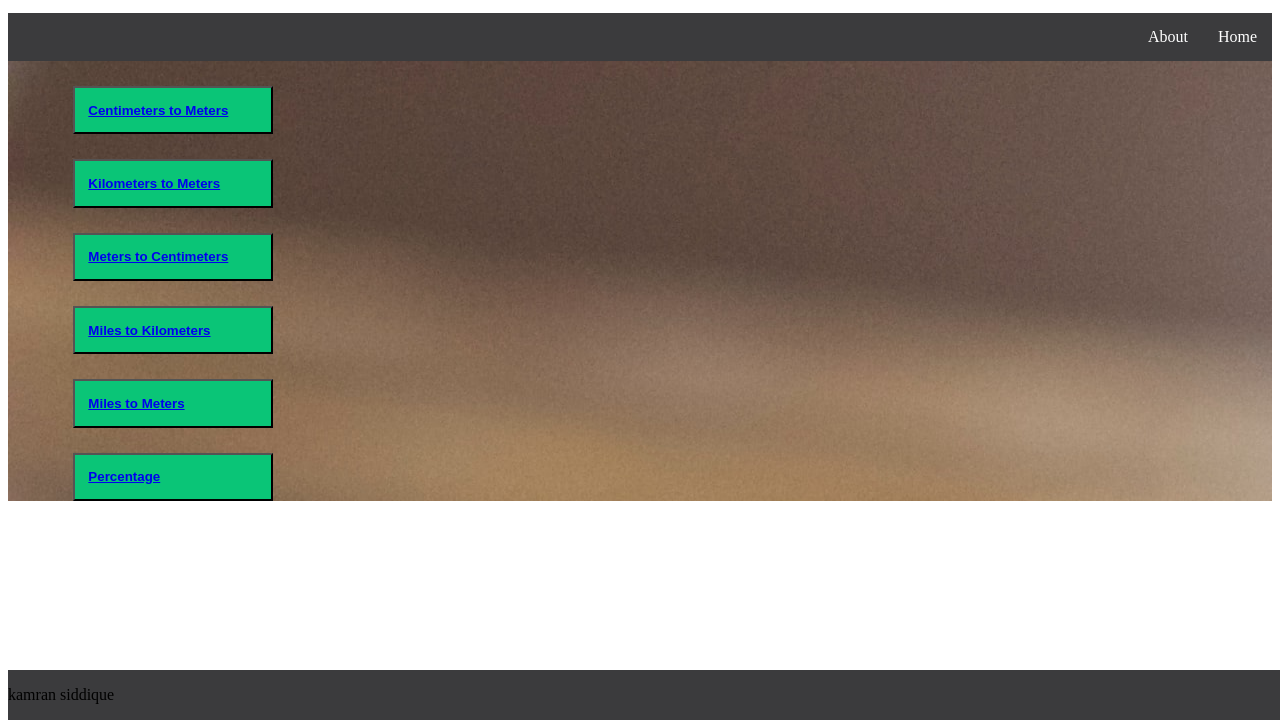
Repository: Kamrangujjar85112/Length-Converter
Page: html/home.html
These files come from the project's save history. The page is drawn as it stood at one moment and after the next save; the edit follows.
The browser window is 1280 px wide. The pictures show the whole page.

Above is the page before, as saved 2022-01-21 03:45:10.

After the next save:
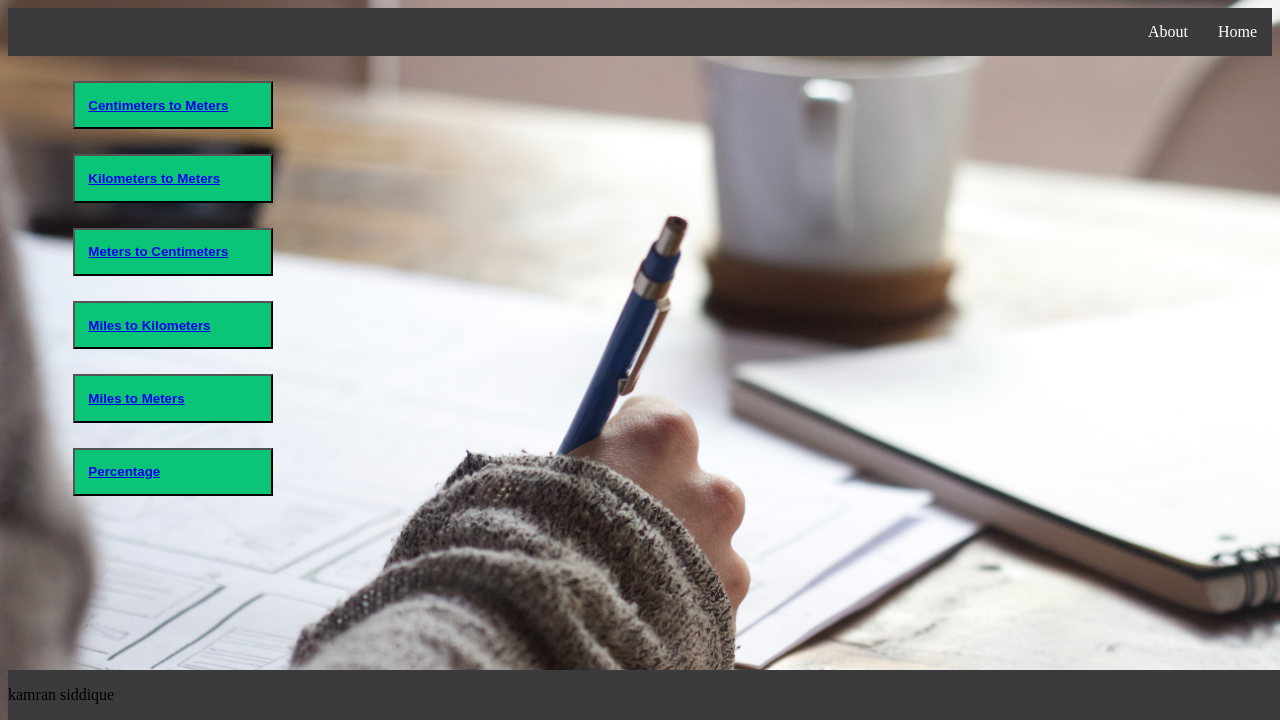
Saved 83 s later.
--- a/css/style.css
+++ b/css/style.css
@@ -1,10 +1,8 @@
   body{
-    padding-top: 5px;
-    padding-bottom: 40px;
-}
-.wrapper{
     background-image: url('background.jpg');
-    background-position: relative;
+    background-repeat: no-repeat;
+    background-attachment: fixed;
+    background-size: cover;
 }
 .header{
     top: 0;
